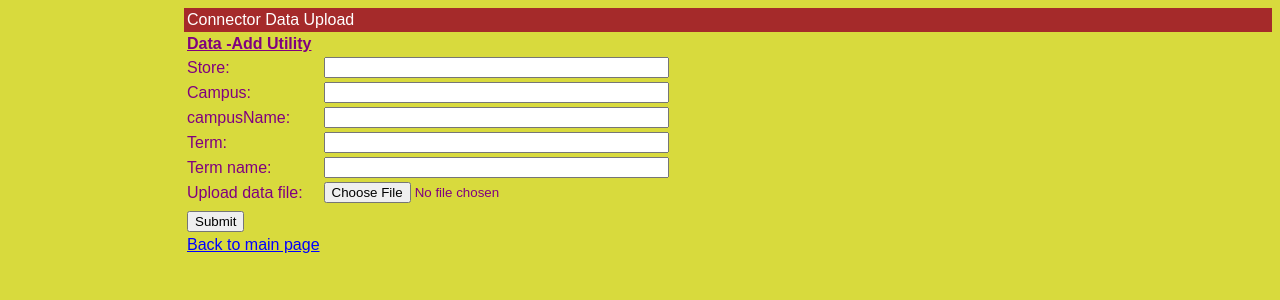
Repository: caditya/Dataupload
Page: http://localhost/connectordata/WEB-INF/views/datainput.jsp
These files come from the project's save history. The page is drawn as it stood at one moment and after the next save; the edit follows.
The browser window is 1280 px wide. The pictures show the whole page.
Some web libraries are served in a nearby version. The page is served by Tomcat 9. Nobody is signed in. The template is opened directly, without the code that normally fills it, so the values that code supplies are empty.

Above is the page before, as saved 2014-07-17 22:05:44.

After the next save:
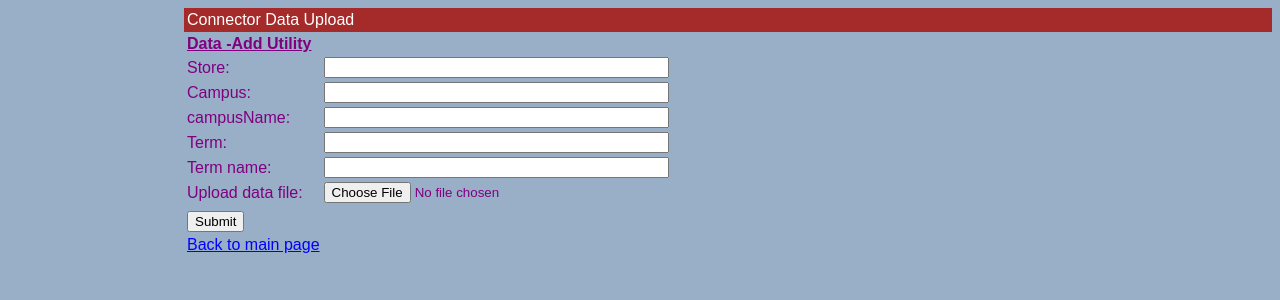
Saved 12 s later.
--- a/QAFileUpload/connectordata/src/main/webapp/resources/css/coffee.css
+++ b/QAFileUpload/connectordata/src/main/webapp/resources/css/coffee.css
@@ -4,7 +4,7 @@ body {
   font-family: Georgia, "Times New Roman",
         Times, serif;
   color: purple;
-  background-color: #d8da3d }
+  background-color: #98AFC7 }
 ul.navbar {
   list-style-type: none;
   padding: 0;
